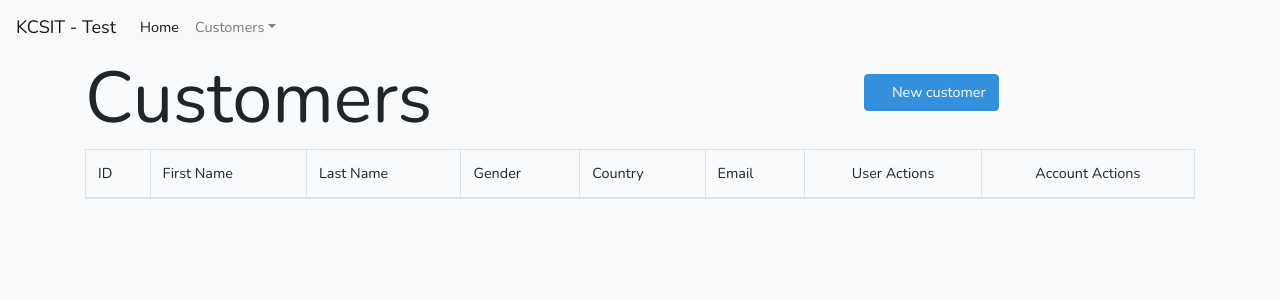
Repository: GilmarBrito/kcsit
Page: resources/views/customers/index.blade.php
These files come from the project's save history. The page is drawn as it stood at one moment and after the next save; the edit follows.
The browser window is 1280 px wide. The pictures show the whole page.
The page is served by the project's Laravel application, run on PHP 8.4 with Laravel 8. Other server files are loaded and not shown. Style sheets and scripts are compiled from the project's sources, by tool versions that may differ from the author's. The template is opened directly, without the code that normally fills it, so the values that code supplies are empty.

Above is the page before, as saved 2020-03-08 20:40:07.
Console error: ReferenceError: $ is not defined

### routes/web.php
<?php

use Illuminate\Support\Facades\Route;

/*
|--------------------------------------------------------------------------
| Web Routes
|--------------------------------------------------------------------------
|
| Here is where you can register web routes for your application. These
| routes are loaded by the RouteServiceProvider within a group which
| contains the "web" middleware group. Now create something great!
|
*/

Route::get('/', function () {
    return view('welcome');
});

Route::resource('customers', 'CustomerController');

### resources/views/customers/index.blade.php
@extends('base')

@section('main')
<div class="row">
    <div class="col-sm-8">
        <h1 class="display-3">Customers</h1>
    </div>
    <div class="col-sm-4">
        <a style="margin: 19px;" href="{{route('customers.create')}}" class="btn btn-primary"><i class="fas fa-user-plus"></i> New customer</a>
    </div>
    <div class="col-sm-12">
        <table class="table table-striped table-bordered">
            <thead>
                <tr>
                    <td>ID</td>
                    <td>First Name</td>
                    <td>Last Name</td>
                    <td>Gender</td>
                    <td>Country</td>
                    <td>Email</td>
                    <td colspan="2" class="text-center">User Actions</td>
                    <td colspan="2" class="text-center">Account Actions</td>
                </tr>
            </thead>
            <tbody>
                @foreach($customers as $customer)
                <tr>
                    <td>{{$customer->id}}</td>
                    <td>{{$customer->first_name}}</td>
                    <td>{{$customer->last_name}}</td>
                    <td>{{$customer->gender}}</td>
                    <td>{{$customer->country}}</td>
                    <td>{{$customer->email}}</td>
                    <td>
                        <a href="{{ route('customers.edit',$customer->id)}}" class="btn btn-primary btn-block"><i class="fas fa-user-edit"></i> Edit</a>
                    </td>
                    <td>
                    <form action="{{ route('customers.destroy', $customer->id)}}" method="post">
                            @csrf
                            @method('DELETE')
                            <button class="btn btn-danger btn-block" type="submit"><i class="fas fa-user-slash"></i> Delete</button>
                        </form>
                    </td>
                    <td>
                        <a href="#" class="btn btn-outline-success btn-block"><i class="fas fa-arrow-circle-up"></i> Deposit Money</a>
                    </td>
                    <td>
                        <a href="#" class="btn btn-outline-danger btn-block"><i class="fas fa-arrow-circle-down"></i> Withdraw Money</a>
                    </td>
                </tr>
                @endforeach
            </tbody>
        </table>
    </div>
</div>
@endsection

### resources/views/base.blade.php
<!DOCTYPE html>
<html lang="en">
<head>
    <meta name="viewport" content="width=device-width, initial-scale=1.0">
    <title>KCSIT - Clever Full Stack Developer Test Task</title>
    <!-- Styles -->
    <link href="{{ asset('css/app.css') }}" rel="stylesheet">
</head>
<body>
    <nav class="navbar navbar-expand-lg navbar-light bg-light">
        <a class="navbar-brand" href="#">{{ config('app.name') }}</a>
        <button class="navbar-toggler" type="button" data-toggle="collapse" data-target="#navbarSupportedContent" aria-controls="navbarSupportedContent" aria-expanded="false" aria-label="Toggle navigation">
            <span class="navbar-toggler-icon"></span>
        </button>

        <div class="collapse navbar-collapse" id="navbarSupportedContent">
            <ul class="navbar-nav mr-auto">
                <li class="nav-item active">
                    <a class="nav-link" href="#">Home <span class="sr-only">(current)</span></a>
                </li>
                <li class="nav-item dropdown">
                    <a class="nav-link dropdown-toggle" href="#" id="navbarDropdown" role="button" data-toggle="dropdown" aria-haspopup="true" aria-expanded="false">Customers</a>
                    <div class="dropdown-menu" aria-labelledby="navbarDropdown">
                        <a class="dropdown-item" href="{{ route('customers.index') }}">List</a>
                        <a class="dropdown-item" href="{{ route('customers.create')}}">New</a>
                    </div>
                </li>
            </ul>
        </div>
    </nav>
    @include('flash-message')
    <div class="container">
        @yield('main')
    </div>
    <!-- Scripts -->
    <script src="{{ asset('js/app.js') }}"></script>

    <script>
        $(document).ready(function () {
            if ($('.alert')){
                $('.alert').fadeTo(2000, 500).slideUp(500, function(){
                    $(".alert-dismissible").alert('close');
                });
            }
        });
    </script>

</body>
</html>

### resources/views/flash-message.blade.php
@if ($message = Session::get('success'))
<div class="alert alert-success alert-dismissible fade show">
	<button type="button" class="close" data-dismiss="alert">×</button>
        <strong>{{ $message }}</strong>
</div>
@endif


@if ($message = Session::get('error'))
<div class="alert alert-danger alert-dismissible fade show">
	<button type="button" class="close" data-dismiss="alert">×</button>
        <strong>{{ $message }}</strong>
</div>
@endif


@if ($message = Session::get('warning'))
<div class="alert alert-warning alert-dismissible fade show">
	<button type="button" class="close" data-dismiss="alert">×</button>
	<strong>{{ $message }}</strong>
</div>
@endif


@if ($message = Session::get('info'))
<div class="alert alert-info alert-dismissible fade show">
	<button type="button" class="close" data-dismiss="alert">×</button>
	<strong>{{ $message }}</strong>
</div>
@endif


@if ($errors->any())
<div class="alert alert-danger alert-dismissible fade show">
	<button type="button" class="close" data-dismiss="alert">×</button>
	Please check the form below for errors
</div>
@endif

### resources/sass/app.scss
// Fonts
@import url('https://fonts.googleapis.com/css?family=Nunito');

// Variables
@import 'variables';

// Bootstrap
@import '~bootstrap/scss/bootstrap';
// @import 'node_modules/@fortawesome/fontawesome-free/scss/fontawesome.scss';
@import '~@fortawesome/fontawesome-free/scss/fontawesome';
@import '~@fortawesome/fontawesome-free/scss/regular';
@import '~@fortawesome/fontawesome-free/scss/solid';
@import '~@fortawesome/fontawesome-free/scss/brands';

Loaded but not shown: resources/sass/_variables.scss (common file)

After the next save:
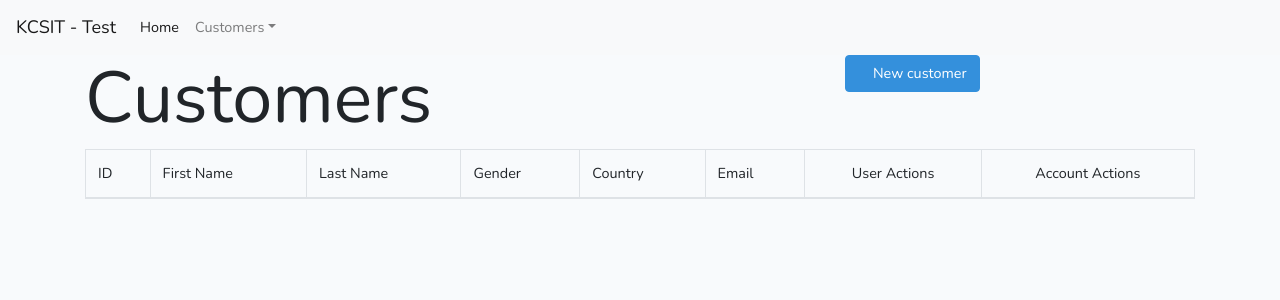
Saved 33 s later.
--- a/resources/views/customers/index.blade.php
+++ b/resources/views/customers/index.blade.php
@@ -6,7 +6,7 @@
         <h1 class="display-3">Customers</h1>
     </div>
     <div class="col-sm-4">
-        <a style="margin: 19px;" href="{{route('customers.create')}}" class="btn btn-primary"><i class="fas fa-user-plus"></i> New customer</a>
+        <a href="{{route('customers.create')}}" class="btn btn-primary"><i class="fas fa-user-plus"></i> New customer</a>
     </div>
     <div class="col-sm-12">
         <table class="table table-striped table-bordered">
